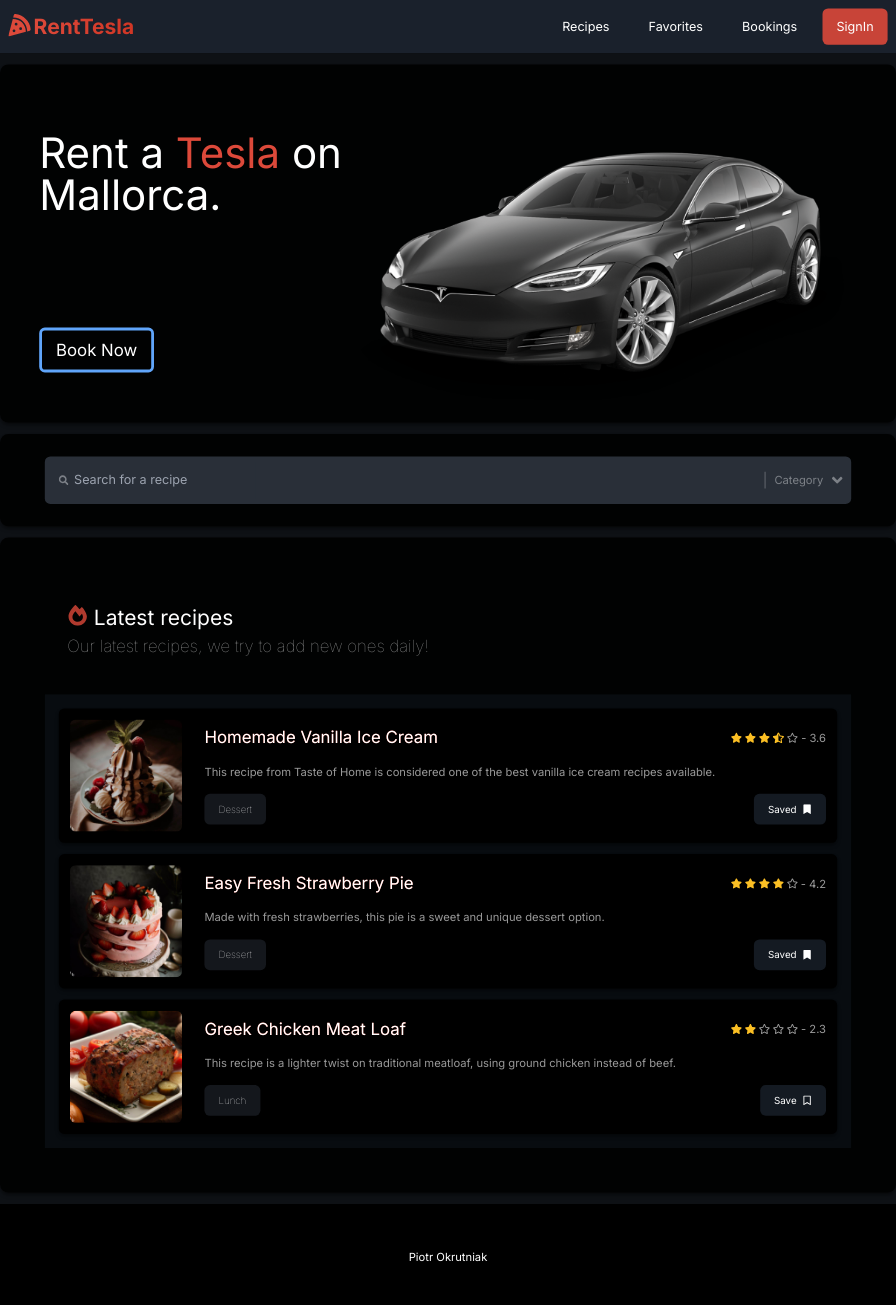
Repository: piotrokrutniak/RentallApp.UI
Page: /
The author's editor kept a copy of each file at every save. The page is drawn from the files as they stood at one save, then again after a run of saves.
The browser window is 1280 px wide. The pictures show the whole page, at 70% of full size.
The project was rebuilt for these pictures with package versions that can differ from the ones it lists, and the page was loaded fresh each time. The framework's server and built-in components were replaced by stand-ins that run in the browser. Also part of the build but not shown: next.config.js.

Above is the page before, as saved 2023-10-05 20:55:09.

### src/app/layout.tsx
import './globals.css'
import type { Metadata } from 'next'
import { Inter } from 'next/font/google'
import NavBar from './components/navbar/navbar'
import Footbar from './components/footbar/footbar'

const inter = Inter({ subsets: ['latin'] })

export const metadata: Metadata = {
  title: 'Recipefy',
  description: 'Website with the tastiest recipes!',
}

export default function RootLayout({
  children,
}: {
  children: React.ReactNode
}) {
  return (
    <html lang="en">
      <body className={`${inter.className} bg-black`}>
        <div className="bg-slate-600/20 min-h-screen pb-4">
        <NavBar/>
        {children}
        </div>
        <Footbar/>
      </body>
    </html>
  )
}

### src/app/page.tsx
import Image, { StaticImageData } from 'next/image'
import { FaMugHot, FaCookieBite, FaHamburger, FaFireAlt, FaBookmark, FaRegBookmark } from 'react-icons/fa'
import CookingSvg from './components/svgComponents/CookingSvg'
import Rating from './components/generic/rating'
import Button from './components/generic/button'
import tesla from '../../public/media/tesla-mirrored.png'
import lunch from '../../public/media/lunch.jpg'
import dessert from '../../public/media/dessert.jpg'
import strawberryCake from '../../public/media/recipes/strawberryCake.jpg'
import greekMeatLoaf from '../../public/media/recipes/greekMeatLoaf.jpg'
import vanillaIceCream from '../../public/media/recipes/vanillaIceCream.jpg'
import { useState } from 'react'
import { RecipeListing } from './components/generic/recipeListing'
import { Input } from 'postcss'
import SearchBar from './components/generic/searchBar'

export default function Home() {
  return (
    <main className="flex flex-col m-auto gap-4">
      <section id="header-section" className='max-w-7xl bg-black/90 m-auto w-full px-14 py-8 rounded-xl mt-4 shadow-md shadow-black/40'>
        <div className="sm:p-8 pb-14 flex justify-between">

        </div>
        <div className='w-full flex justify-between'>
          <div className="flex flex-col gap-10 justify-between pb-10 text-white">
          <h1 className="text-5xl md:text-6xl"> Rent a <span className="text-vermilion-400">Tesla</span> on Mallorca. </h1>
          <Button className="w-fit hover:bg-blue-500 bg-transparent capitalize border-blue-400 border-4 text-2xl"> Book Now </Button>
          </div>
          <div className="relative w-full h-96 left-0 flex gap-10 pt-3 overflow-x-auto m-auto justify-around select-none pb-10">
              <Image src={tesla} layout="fill" objectFit="contain" alt="Breakfast Photo" className="h-96 group-hover:opacity-50"/>
          </div>
        </div>
      </section>

      <section id="searchbar-section" className='max-w-7xl bg-black/90 px-7 m-auto w-full p-8 sm:px-16 rounded-xl shadow-md shadow-black/40 flex-col'>
        <SearchBar/>
      </section>

      <section id="top-picks-section" className='max-w-7xl bg-black/90 m-auto w-full sm:p-8 rounded-xl shadow-md shadow-black/40 flex-col'>
        <div className="lg:p-8 pb-14 flex flex-col gap-5">
          <div className="p-8">
            <h1 className="text-3xl text-white flex gap-2 pb-2" > <FaFireAlt className="opacity-80 fill-vermilion-400"/> Latest recipes</h1>
            <p className="text-2xl font-thin text-white/60 flex gap-2" > Our latest recipes, we try to add new ones daily!</p>
          </div>
          <div className="w-full h-fit p-5 bg-slate-800/25 flex flex-col gap-4">
            <RecipeListing title="Homemade Vanilla Ice Cream"
              desc="This recipe from Taste of Home is considered one of the best vanilla ice cream recipes available."
              image={vanillaIceCream}
              rating={3.6}
              saved={true}
              tags={["Dessert"]}/>
            <RecipeListing title="Easy Fresh Strawberry Pie"
              desc="Made with fresh strawberries, this pie is a sweet and unique dessert option."
              image={strawberryCake}
              rating={4.2}
              saved={true}
              tags={["Dessert"]}/>
            <RecipeListing title="Greek Chicken Meat Loaf"
              desc="This recipe is a lighter twist on traditional meatloaf, using ground chicken instead of beef."
              image={greekMeatLoaf}
              rating={2.3}
              saved={false}
              tags={["Lunch"]}/>
          </div>
        </div>
      </section>
    </main>
  )
}

### src/app/globals.css
@tailwind base;
@tailwind components;
@tailwind utilities;

:root {}

@media (prefers-color-scheme: dark) {
  :root {}
}

body {}

### src/app/components/navbar/navbar.tsx
"use client"

import { FaPizzaSlice, FaBars } from "react-icons/fa"
import { BsX } from "react-icons/bs"
import Button from "../generic/button"
import { useState } from "react"
import Link from "next/link"


export default function NavBar(){
    const [showMobile, setShowMobile] = useState(false)

    return(
        <div className="bg-black/80 sticky top-0 z-20 backdrop-blur-xl">
            <div className="w-full flex bg-slate-700/50 ">
                <div className="p-3 m-auto w-full flex max-w-7xl justify-between items-center">
                    <Link href="/">
                    <div className="flex gap-1 h-fit select-none cursor-pointer active:opacity-80 hover:border-b-2 hover:pb-1 active:pb-0
                            border-opacity-0 border-vermilion-400 hover:border-opacity-100 border-b-0 transition-all">
                        <FaPizzaSlice className="h-full w-8 fill-vermilion-400"/>
                        <h1 className="text-3xl font-bold text-transparent bg-clip-text bg-gradient-to-r from-vermilion-400 to-vermilion-500">RentTesla</h1>
                    </div>
                    </Link>
                    <div className="hidden text-lg gap-4 md:flex">
                        <Button className="text-white bg-transparent active:bg-slate-100/5 hover:bg-slate-100/5" onClick={undefined}>
                            Recipes
                        </Button>
                        <Button className="text-white bg-transparent active:bg-slate-100/5 hover:bg-slate-100/5" onClick={undefined}>
                            Favorites
                        </Button>
                        <Button className="text-white bg-transparent active:bg-slate-100/5 hover:bg-slate-100/5" onClick={undefined}>
                            Bookings
                        </Button>
                        <Button className="text-white bg-vermilion-400 active:bg-slate-100/5 hover:bg-slate-100/5" onClick={undefined}>
                            SignIn
                        </Button>
                    </div>
                    <div className="md:hidden">
                        <FaBars className="h-10 w-10 fill-white cursor-pointer hover:fill-vermilion-400 active:opacity-80" onClick={() => setShowMobile(true)}/>
                    </div>
                    <div className={`${showMobile ? "" : "translate-x-full"} absolute w-screen h-screen bg-black left-0 top-0 md:hidden transition-all z-50 ease-in-out`}>
                    <div id="mobile-header" className="flex flex-row-reverse w-full">
                        <BsX className="fill-white w-16 h-16 cursor-pointer hover:fill-vermilion-400" onClick={() => setShowMobile(false)}/>
                    </div>
                    <div id="mobile-body">XDDDDDDDDDDDDDDDDD</div>
                    </div>
                </div>
            </div>
        </div>
    )
}

### src/app/components/footbar/footbar.tsx
export default function Footbar(){
    return(
        <div className="w-full h-20 bg-black mt-16 text-center text-white">
            Piotr Okrutniak
        </div>
    )
}

### src/app/components/generic/button.tsx
import { MouseEventHandler } from "react";

export default function Button({ children, className, onClick, disabled } : { children: React.ReactNode, className: string, onClick: undefined | MouseEventHandler<HTMLButtonElement>, disabled?: boolean }){
    return(
        <button className={`${className} px-5 py-3 rounded-lg bg-blue-500 bg-opacity-90 active:bg-opacity-80 hover:bg-opacity-100 cursor-pointer transition-all flex items-center gap-2 place-items-center`}
            onClick={onClick}
            disabled={disabled}>
            {children}
        </button>
    )
}

### src/app/components/generic/recipeListing.tsx
"use client";
import Image, { StaticImageData } from "next/image"
import Rating from "./rating"
import Button from "./button"
import { FaMugHot, FaCookieBite, FaHamburger, FaFireAlt, FaBookmark, FaRegBookmark } from 'react-icons/fa'
import { useState } from "react"

export function RecipeListing({rating = 0, title, desc, tags, image, saved,}:
    {rating: number | undefined, title: string | undefined, desc: string | undefined, tags: string[], image: StaticImageData | string, saved: boolean }){
      const [isSaved, setSaved] = useState(saved)

      return(
        <div className="w-full p-4 md:h-48 bg-black hover:bg-slate-500/20 rounded-lg shadow-md shadow-black/40 flex flex-col md:flex-row md:justify-between gap-8 items-center text-white group">
          <div className='h-64 w-full md:w-40 md:h-40 shrink-0 rounded-lg overflow-hidden relative cursor-pointer'>
            <Image src={image} layout="fill" objectFit="cover" alt="Breakfast Photo"/>
          </div>
          <div className="h-fit w-full items-center">
            <div className="flex justify-between items-center">
              <h1 className="text-2xl cursor-pointer bg-clip-text hover:text-transparent bg-gradient-to-r from-vermilion-500 to-vermilion-400">{title ?? "Recipe Name"}</h1>
              <Rating rating={rating}/>
            </div>
            <div className="flex justify-between items-center pt-5">
              <p className="text-white/60">{desc ?? "Description"}</p>
            </div>
            <div className="flex justify-between items-center pt-5">
              {tags.map(x => <Button className="bg-slate-500/20 hover:bg-slate-500/40 text-sm font-thin py-1" onClick={undefined}>{x}</Button>)}
              <Button className="bg-slate-700/40 hover:bg-vermilion-500/90 active:opacity-80 text-sm font-normal py-1 transition-all flex items-center gap-2"
                onClick={() => setSaved(x => !x)}>
                {isSaved ? <>Saved <FaBookmark/></> : <>Save <FaRegBookmark/></>}
                </Button>
            </div>
          </div>
        </div>
      )
  }

### src/app/components/generic/searchBar.tsx
"use client"
import { Dispatch, SetStateAction, useState } from "react"
import { BsX } from "react-icons/bs"
import { FaSearch, FaAngleDown } from "react-icons/fa"

export default function SearchBar(){
    const [dropdownOpened, setDropdownOpened] = useState(false)
    const [chosenOption, setChosenOption] = useState("")

    function ToggleDropdownOpened(){
        setDropdownOpened(x => !x)
    }

    return(
        <div className="bg-slate-500/40 rounded-lg flex pl-5 gap-2 items-center focus-within:bg-slate-500/50 transition-colors ease-in">
            <FaSearch className="fill-slate-50/40"/>
            <input type="text" placeholder="Search for a recipe" className="bg-transparent p-5 pl-0 text-white w-full outline-none text-lg border-none"/>

            <div className="flex text-slate-50 cursor-pointer border-l-2 pl-3 border-white/20 relative">
                <div className="flex opacity-40 hover:opacity-60 active:opacity-40 transition-opacity" onClick={() => ToggleDropdownOpened()}>

                {chosenOption || "Category"}
                <FaAngleDown className={`${dropdownOpened ? "rotate-180" : ""} fill-slate-50 w-10 h-6 transition-all`}/>
                </div>

                <div className={`${dropdownOpened ? "block" : "hidden"} absolute top-14 right-0 h-44 w-56 bg-black rounded-lg overflow-hidden`}>
                    <div className="w-full h-full bg-slate-500/50 overflow-y-auto pt-0">
                        <DropdownOption toggleDropdownOpened={ToggleDropdownOpened} setChosenOption={setChosenOption} chosenOption={chosenOption} text="Breakfast"/>
                        <DropdownOption toggleDropdownOpened={ToggleDropdownOpened} setChosenOption={setChosenOption} chosenOption={chosenOption} text="Lunch"/>
                        <DropdownOption toggleDropdownOpened={ToggleDropdownOpened} setChosenOption={setChosenOption} chosenOption={chosenOption} text="Dessert"/>
                        <DropdownOption toggleDropdownOpened={ToggleDropdownOpened} setChosenOption={setChosenOption} chosenOption={chosenOption} text="Dinner"/>
                        <DropdownOption toggleDropdownOpened={ToggleDropdownOpened} setChosenOption={setChosenOption} chosenOption={chosenOption} text="Appetizer"/>
                        <DropdownOption toggleDropdownOpened={ToggleDropdownOpened} setChosenOption={setChosenOption} chosenOption={chosenOption} text="Pastries"/>
                    </div>
                </div>
            </div>
        </div>
    )
}

function DropdownOption({setChosenOption, toggleDropdownOpened, text, chosenOption} :
    {setChosenOption: Dispatch<SetStateAction<string>>, toggleDropdownOpened: () => void, text: string, chosenOption: string}){
    const [isChecked, setIsChecked] = useState(false)

    function UnCheck(): void{
        setChosenOption("")
        setIsChecked(false)
    }

    function Check(): void{
        setChosenOption(text)
        toggleDropdownOpened()
        setIsChecked(true)
    }

    return(
        <div className={`${chosenOption == text ? "bg-black/30 font-bold" : ""} hover:bg-slate-100/10 px-3 py-2 flex justify-between`}>
                <div className="w-full" onClick={() => Check()}>
                    {text}
                </div>
                <div className="flex">
                    {chosenOption == text ? <UncheckButton onClick={UnCheck}/> : <></>}
                </div>
        </div>
    )
}

function UncheckButton({onClick} : {onClick: () => void}){
    return(
    <BsX className="w-6 h-6 hover:fill-red-500 hover:scale-110 active:scale-100" onClick={() => onClick()}/>
    )
}

### src/app/components/generic/rating.tsx
import { FaStar, FaStarHalf, FaStarHalfAlt, FaRegStar} from 'react-icons/fa'
import { IconType } from 'react-icons'

export default function Rating({rating = 0,}: {rating: number | undefined | void}){
    const defaultRating: boolean[] = [false, false, false, false, false]

    const initRating: number = rating

    const ratings: React.JSX.Element[] = []

    for(let i: number = 0; i < 5; i++){
        rating >= 1 ?  ratings.push(<Star filled={true}/>) : ratings.push(rating >= 0.5 ? <HalfStar/> : <Star filled={false}/>)
        rating -= 1;
    }



    return(
        <div className="flex gap-1 items-center shrink-0 text-white/60">
            {ratings} - {initRating}
        </div>
    )
}

function Star({filled = false,}: {filled: boolean}){
    return filled ? <FaStar className="fill-amber-400"/> : <FaRegStar/>
}

function HalfStar(){
    return <FaStarHalfAlt className="fill-amber-400"/>
}

### tailwind.config.js
/** @type {import('tailwindcss').Config} */
module.exports = {
  content: [
    './src/pages/**/*.{js,ts,jsx,tsx,mdx}',
    './src/components/**/*.{js,ts,jsx,tsx,mdx}',
    './src/app/**/*.{js,ts,jsx,tsx,mdx}',
  ],
  theme: {
    extend: {
      backgroundImage: {
        'gradient-radial': 'radial-gradient(var(--tw-gradient-stops))',
        'gradient-conic':
          'conic-gradient(from 180deg at 50% 50%, var(--tw-gradient-stops))',
      },
      height:{
        '112': '28rem',
        '128': '32rem',
      },
      width:{
        '112': '28rem',
        '128': '32rem',
      },
      colors:{
        "emerald":{
          "50": "#b0fde8",
          "100": "#60FBD2",
          "200": "#24F9C1",
          "400": "#06EFB1",
          "500": "#06d6a0",
        },
        "paygray":{
          "50": "#CED9DE",
          "100": "#aabcc5",
          "200": "#7996A4",
          "400": "#638292",
          "500": "#5A7684",
        },
        "vermilion":{
          "50": "#f0afa8",
          "100": "#ea8f85",
          "200": "#E06052",
          "400": "#dc493a",
          "500": "#d03625",
        },

      },
      minWidth:{
        'mobile': '360px',
        '54': '258px',
      },
      screens:{
        'xs': '580px',
        '850': '850px',
      },
    },
  },
  plugins: [],
}

After the next 3 saves:
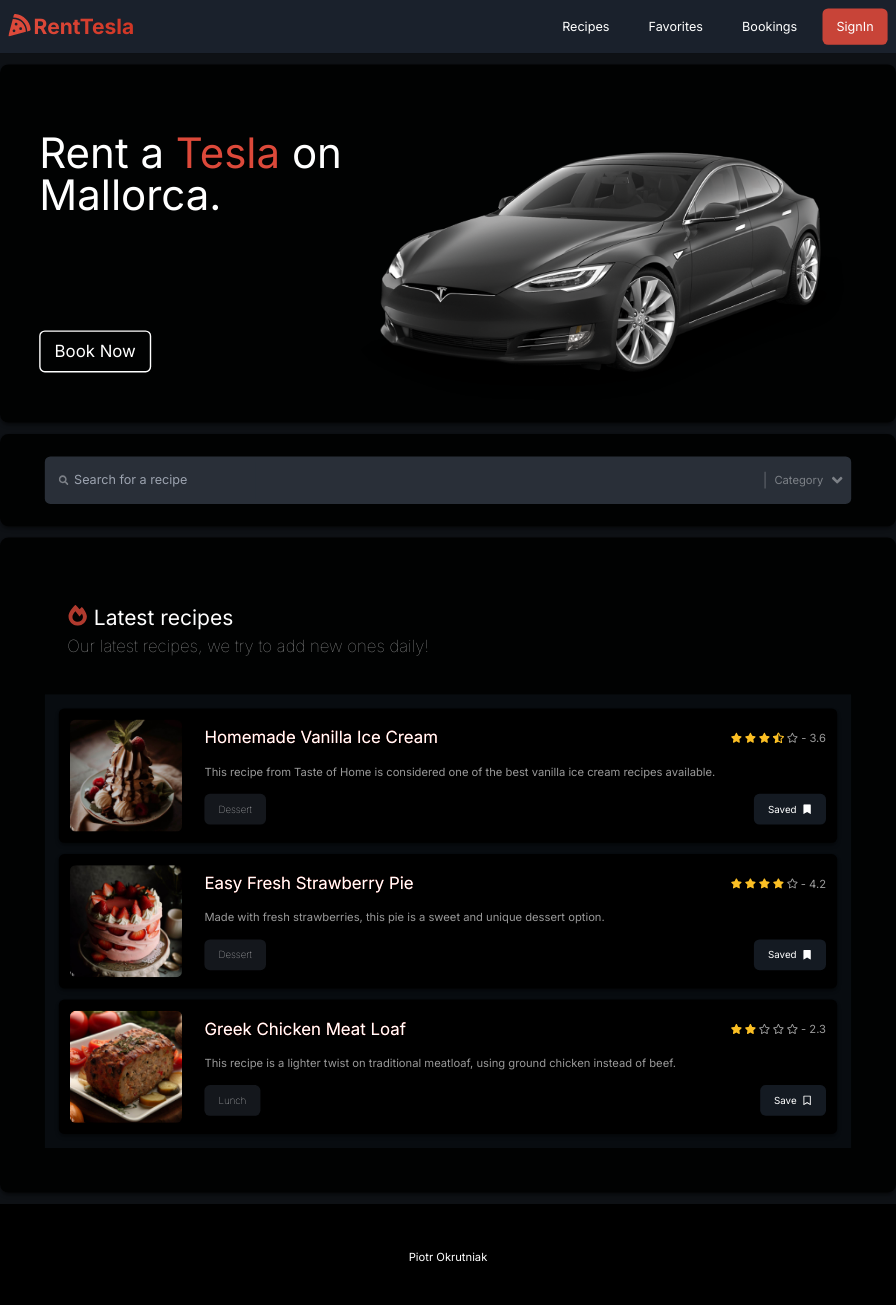
The 3 saves are shown as one change because they came seconds apart.
The last was saved 11 s later.
--- a/src/app/page.tsx
+++ b/src/app/page.tsx
@@ -24,7 +24,7 @@
         <div className='w-full flex justify-between'>
           <div className="flex flex-col gap-10 justify-between pb-10 text-white">
           <h1 className="text-5xl md:text-6xl"> Rent a <span className="text-vermilion-400">Tesla</span> on Mallorca. </h1>
-          <Button className="w-fit hover:bg-blue-500 bg-transparent capitalize border-blue-400 border-4 text-2xl"> Book Now </Button>
+          <Button className="w-fit hover:bg-blue-500 bg-transparent capitalize border-white border-2 text-2xl"> Book Now </Button>
           </div>
           <div className="relative w-full h-96 left-0 flex gap-10 pt-3 overflow-x-auto m-auto justify-around select-none pb-10">
               <Image src={tesla} layout="fill" objectFit="contain" alt="Breakfast Photo" className="h-96 group-hover:opacity-50"/>
